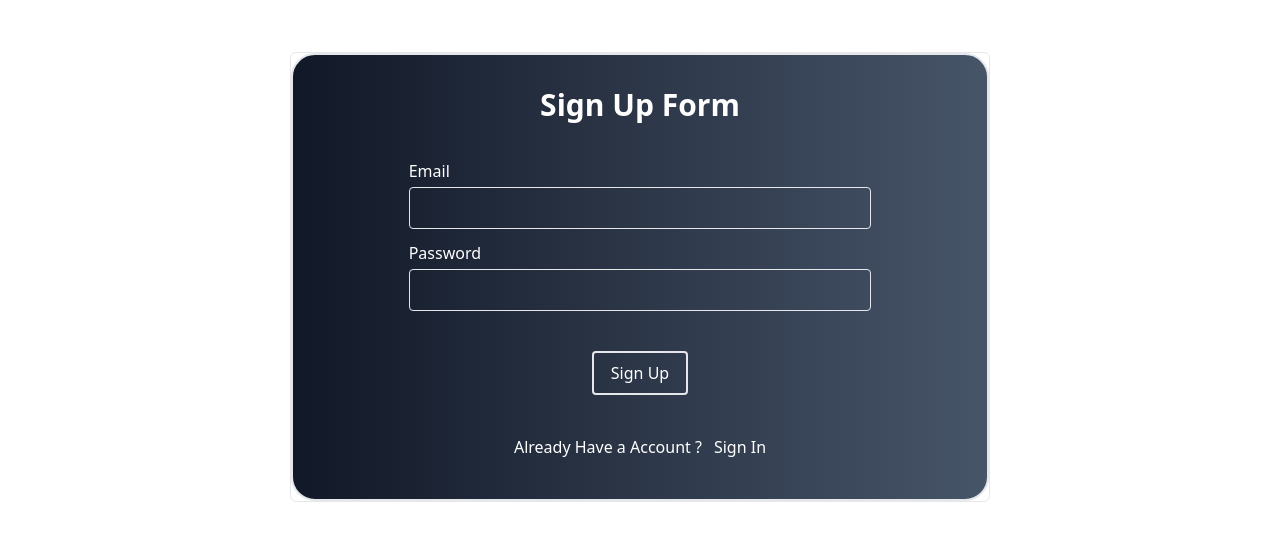
Repository: OmkarTidke8080/Assessment
Page: /sign-in (app in frontend/)
The author's editor kept a copy of each file at every save. The page is drawn from the files as they stood at one save, then again after a run of saves.
The browser window is 1280 px wide. The pictures show the whole page.
The project was rebuilt for these pictures with package versions that can differ from the ones it lists, and the page was loaded fresh each time. Also part of the build but not shown: frontend/vite.config.js, frontend/src/components/HomePage.jsx, frontend/src/components/SignUp.jsx.

Above is the page before, as saved 2024-10-19 22:18:57.

After the next 2 saves:
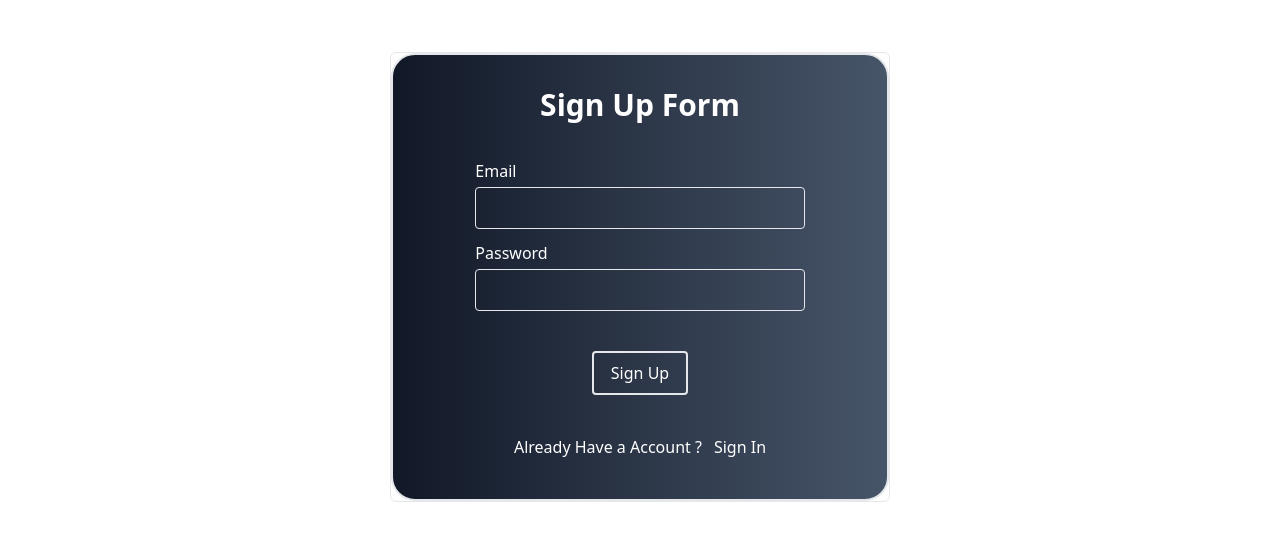
The 2 saves are shown as one change because they came seconds apart.
The last was saved 6 s later.
--- a/frontend/src/components/SignIn.jsx
+++ b/frontend/src/components/SignIn.jsx
@@ -3,7 +3,7 @@ import React from 'react'
 function SignIn() {
     return (
       <div className="flex justify-center items-center mt-5">
-        <div className="flex border  rounded-md h-[450px] w-[700px]">
+        <div className="flex border  rounded-md h-[450px] w-[500px]">
           <div className="form border-2 rounded-3xl text-white w-full bg-gradient-to-r from-gray-900 to-slate-600 ">
             <div className="form-heading text-center mt-8 mb-6">
               <h1 className="text-3xl font-bold text-white mb-2">
